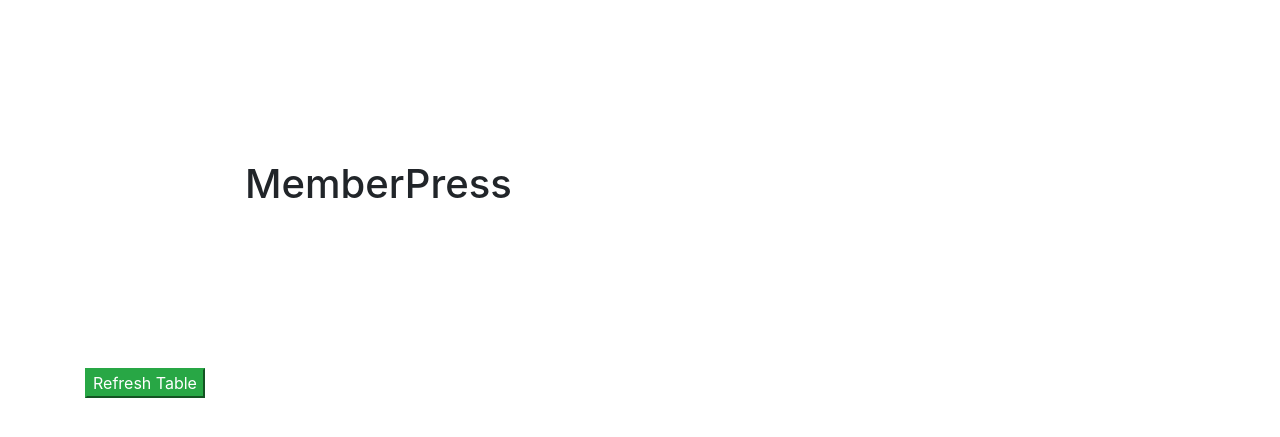
Repository: joeldelatte/JoelDelattemMemberPressChallenge
Page: public/index.html
These files come from the project's save history. The page is drawn as it stood at one moment and after the next save; the edit follows.
The browser window is 1280 px wide. The pictures show the whole page.
The page's requests for data from a server got no answer. Some web libraries are served in a nearby version.

Above is the page before, as saved 2020-06-21 22:22:58.

### public/index.html
<!doctype html>
<html lang="en">
  <head>
    <title>MemberPress API</title>
    <meta charset="utf-8">
    <meta name="viewport" content="width=device-width, initial-scale=1, shrink-to-fit=no">

    <link rel="stylesheet" href="https://cdnjs.cloudflare.com/ajax/libs/twitter-bootstrap/4.0.0/css/bootstrap.min.css" />

    <link rel="stylesheet" href="https://maxcdn.bootstrapcdn.com/font-awesome/4.5.0/css/font-awesome.min.css" />
    <link rel="stylesheet" href="style.css"/>
  </head>
  <body>
    <div class="container">
      <h1>MemberPress</h1>
      <button class="btn-success" id="data-refresh" type="button">Refresh Table</button>
      <table class="table" style="width: 50%">

      </table>
    </div>

    <script src="https://code.jquery.com/jquery.js"></script>
    <script src="https://cdnjs.cloudflare.com/ajax/libs/twitter-bootstrap/4.0.0/js/bootstrap.bundle.min.js"></script>
    <script src="./js/index.js"></script>
  </body>
</html>

### public/style.css
h1 {
    margin: 10rem;
}

table {
    margin: 1rem;
}

### public/js/index.js
$(document).ready(function () {

  var $table = $(".table");

  function getPersonData() {
    $.ajax({
      datatype: "json",
      url:
        "https://cors-anywhere.herokuapp.com/https://cspf-dev-challenge.herokuapp.com/",
      type: "GET",
    }).then(function (response) {
      var headers = response.data.headers;
      var persons = response.data.rows;
      var person_data = "";

      $.each(persons, function (index, value) {

        person_data += `
          <tr>
            <td>${value.id}</td>
            <td>${value.fname}</td>
            <td>${value.lname}</td>
            <td>${value.email}</td>
            <td>${value.date}</td>
          </tr>
        `;
      });

      $table.html(`
          <tr>
            <th>${headers[1]}</th>
            <th>${headers[2]}</th>
            <th>${headers[3]}</th>
            <th>${headers[4]}</th>
            <th>${headers[5]}</th>
          </tr>` +
          person_data);
    });
  }

  getPersonData();

  $('#data-refresh').on('click', function(event) {

    event.preventDefault()

    getPersonData();

    console.log("I refreshed the data with the")
  });



});

After the next save:
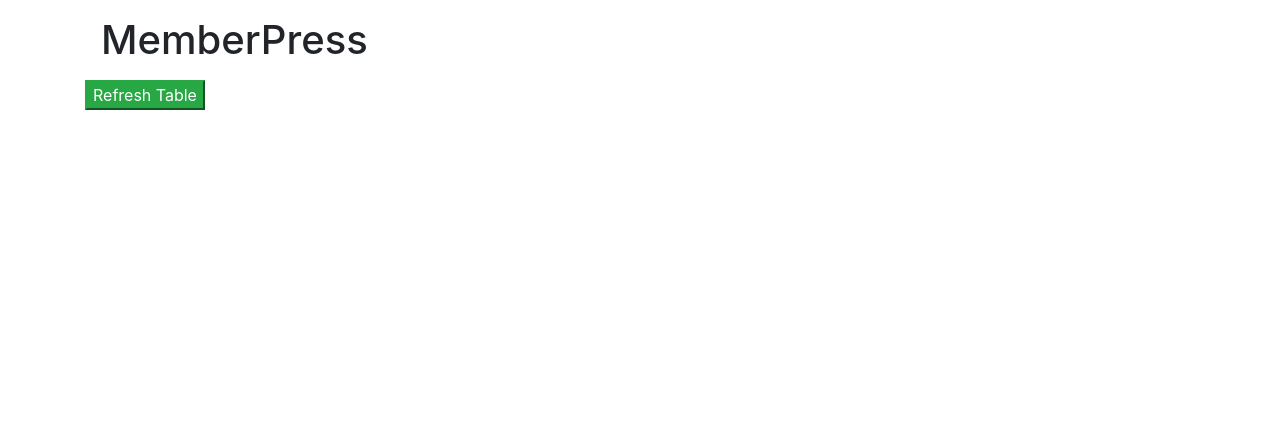
Saved 10 s later.
--- a/public/style.css
+++ b/public/style.css
@@ -1,5 +1,5 @@
 h1 {
-    margin: 10rem;
+    margin: 1rem;
 }
 
 table {
